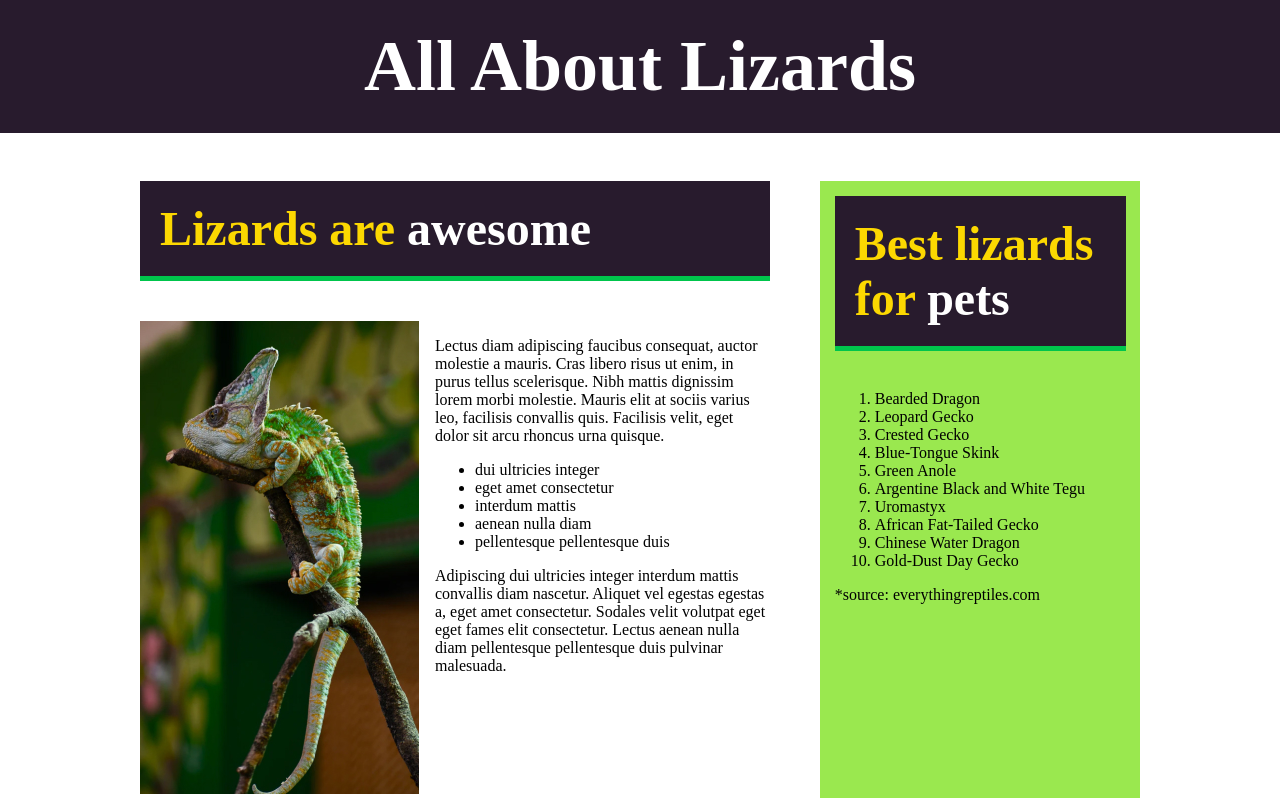
Repository: Doumham-Armah/lizards-landing--page
Page: index.html
The author's editor kept a copy of each file at every save. The page is drawn from the files as they stood at one save, then again after the next save.
The browser window is 1280 px wide. The pictures show the whole page.

Above is the page before, as saved 2021-08-10 15:45:31.

### index.html
<!DOCTYPE html>
<html>
  <head>
    <title>All about lizards</title>
    <link href="css/style.css" rel="stylesheet" />
  </head>
  <body>
    <header>
      <h1>All About Lizards</h1>
    </header>

    <main>
      <div class="container">
        <div class="columns">
          <section class="main-content">
            <h2 class="subhead">
              Lizards are <span class="white-text">awesome</span>
            </h2>

            <div class="columns">
              <div class="col-left">
                <img
                  src="images/chameleon.jpg"
                  alt="a chameleon climbing a branch"
                />
              </div>

              <div class="col-right">
                <p>
                  Lectus diam adipiscing faucibus consequat, auctor molestie a
                  mauris. Cras libero risus ut enim, in purus tellus
                  scelerisque. Nibh mattis dignissim lorem morbi molestie.
                  Mauris elit at sociis varius leo, facilisis convallis quis.
                  Facilisis velit, eget dolor sit arcu rhoncus urna quisque.
                </p>

                <!-- insert the unordered list here -->
                <ul>
                  <li>dui ultricies integer</li>
                  <li>eget amet consectetur</li>
                  <li>interdum mattis</li>
                  <li>aenean nulla diam</li>
                  <li>pellentesque pellentesque duis</li>
                </ul>

                <p>
                  Adipiscing dui ultricies integer interdum mattis convallis
                  diam nascetur. Aliquet vel egestas egestas a, eget amet
                  consectetur. Sodales velit volutpat eget eget fames elit
                  consectetur. Lectus aenean nulla diam pellentesque
                  pellentesque duis pulvinar malesuada.
                </p>
              </div>
            </div>
          </section>

          <aside class="sidebar">
            <h2 class="subhead">
              Best lizards for <span class="white-text">pets</span>
            </h2>
            <!-- insert the ordered list here -->
            <ol>
              <li>Bearded Dragon</li>
              <li>Leopard Gecko</li>
              <li>Crested Gecko</li>
              <li>Blue-Tongue Skink</li>
              <li>Green Anole</li>
              <li>Argentine Black and White Tegu</li>
              <li>Uromastyx</li>
              <li>African Fat-Tailed Gecko</li>
              <li>Chinese Water Dragon</li>
              <li>Gold-Dust Day Gecko</li>
            </ol>
            <p>*source: everythingreptiles.com</p>
          </aside>
        </div>
        <!-- close columns -->
      </div>
      <!-- close container -->
    </main>
  </body>
</html>

### css/style.css
body {
  margin: 0;
}

/* solution with h1 only */

h1 {
  background-color: #281b2d;
  color: #fff;
  text-align: center;
  font-size: 72px;
  margin-top: 0;
  padding: 25px 0;
}

.subhead {
  background-color: #281b2d;
  color: #fcd801;
  font-size: 48px;
  padding: 20px;
  border-bottom: 5px solid #00c54c;
  margin-top: 0;
}

.white-text {
  color: #fff;
}

.container {
  max-width: 62.5rem;
  margin: 0 auto;
  padding: 0 1.5rem;
}

.columns {
  display: flex;
}

.col-right {
  margin-left: 1rem;
}

.main-content {
  width: 65%;
  margin-right: 5%;
}

.sidebar {
  width: 30%;
}

.sidebar {
  background-color: #9ae84f;
  padding: 0.9rem;
}

After the next save:
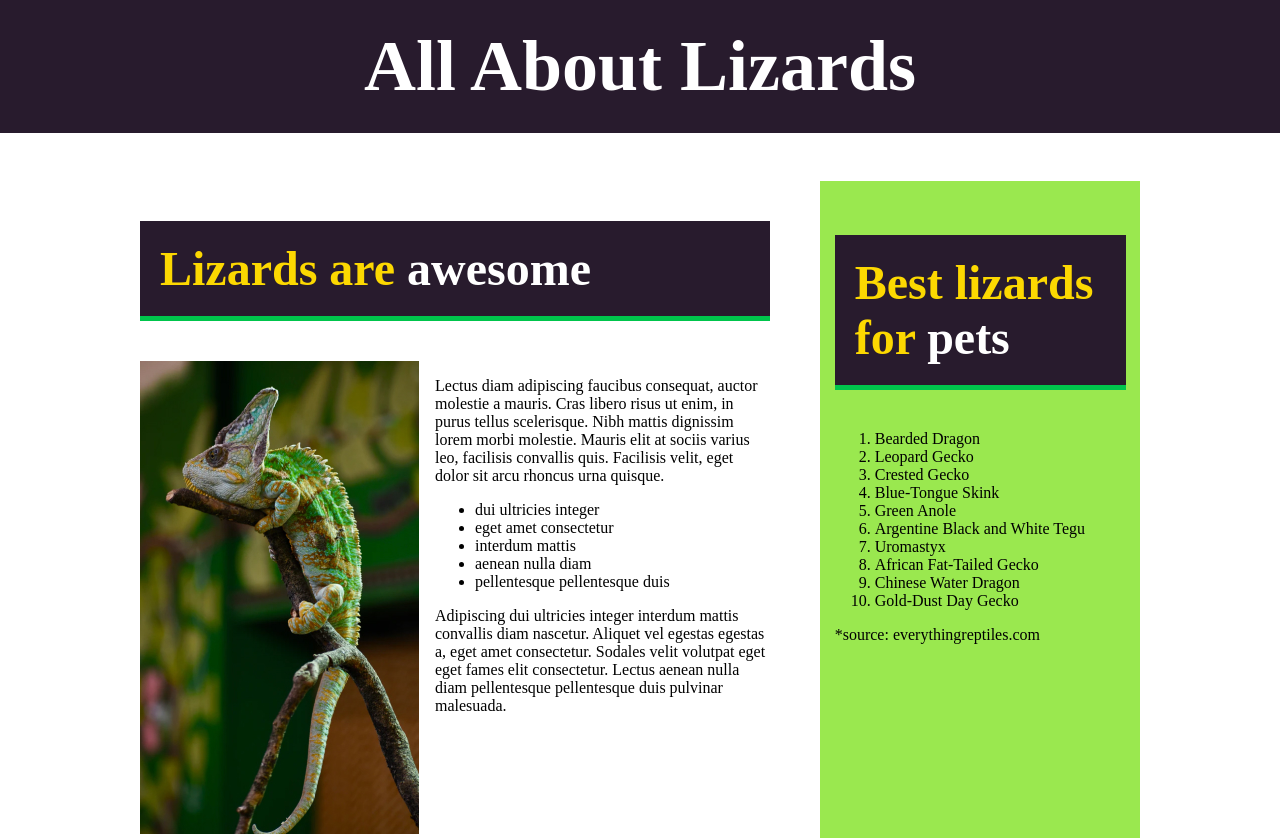
Saved 9 s later.
--- a/css/style.css
+++ b/css/style.css
@@ -19,7 +19,7 @@
   font-size: 48px;
   padding: 20px;
   border-bottom: 5px solid #00c54c;
-  margin-top: 0;
+  /* margin-top: 0; */
 }
 
 .white-text {

After the save that followed:
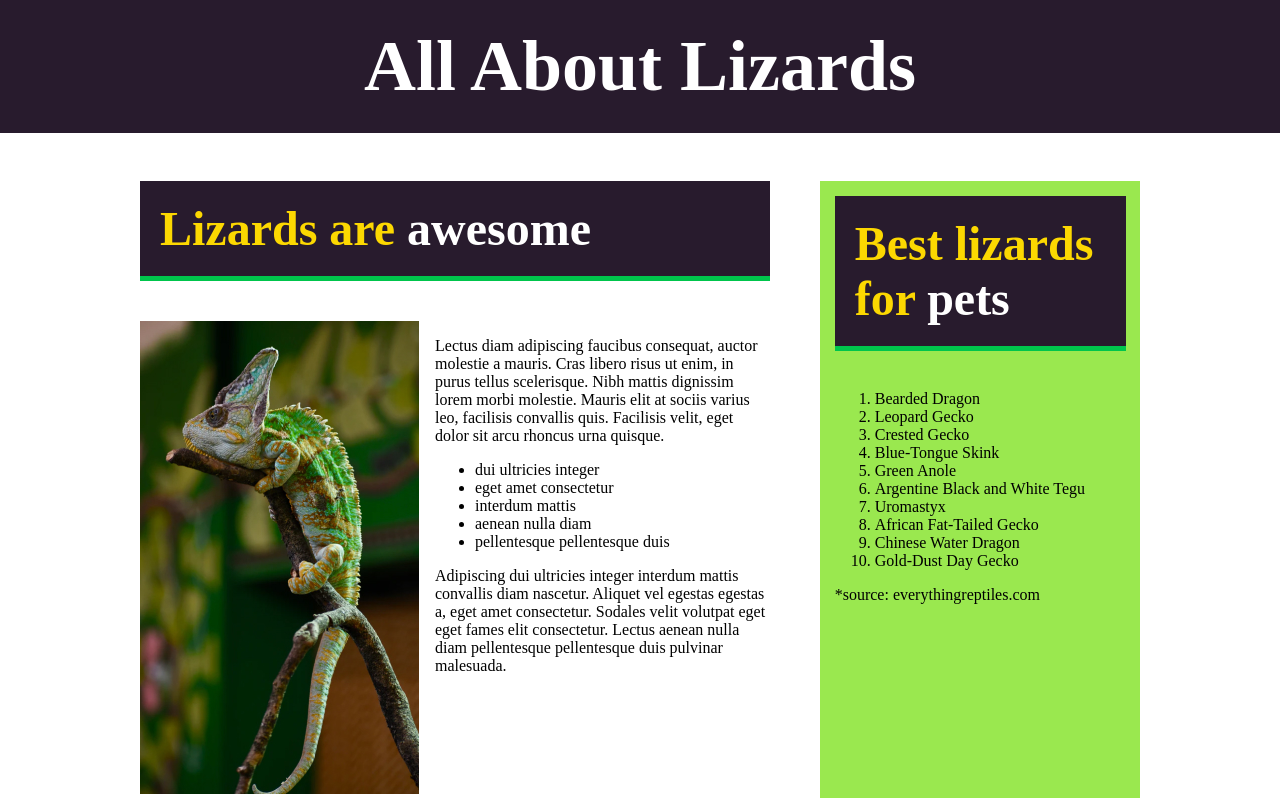
Saved 9 s later.
--- a/css/style.css
+++ b/css/style.css
@@ -19,7 +19,7 @@
   font-size: 48px;
   padding: 20px;
   border-bottom: 5px solid #00c54c;
-  /* margin-top: 0; */
+  margin-top: 0;
 }
 
 .white-text {
